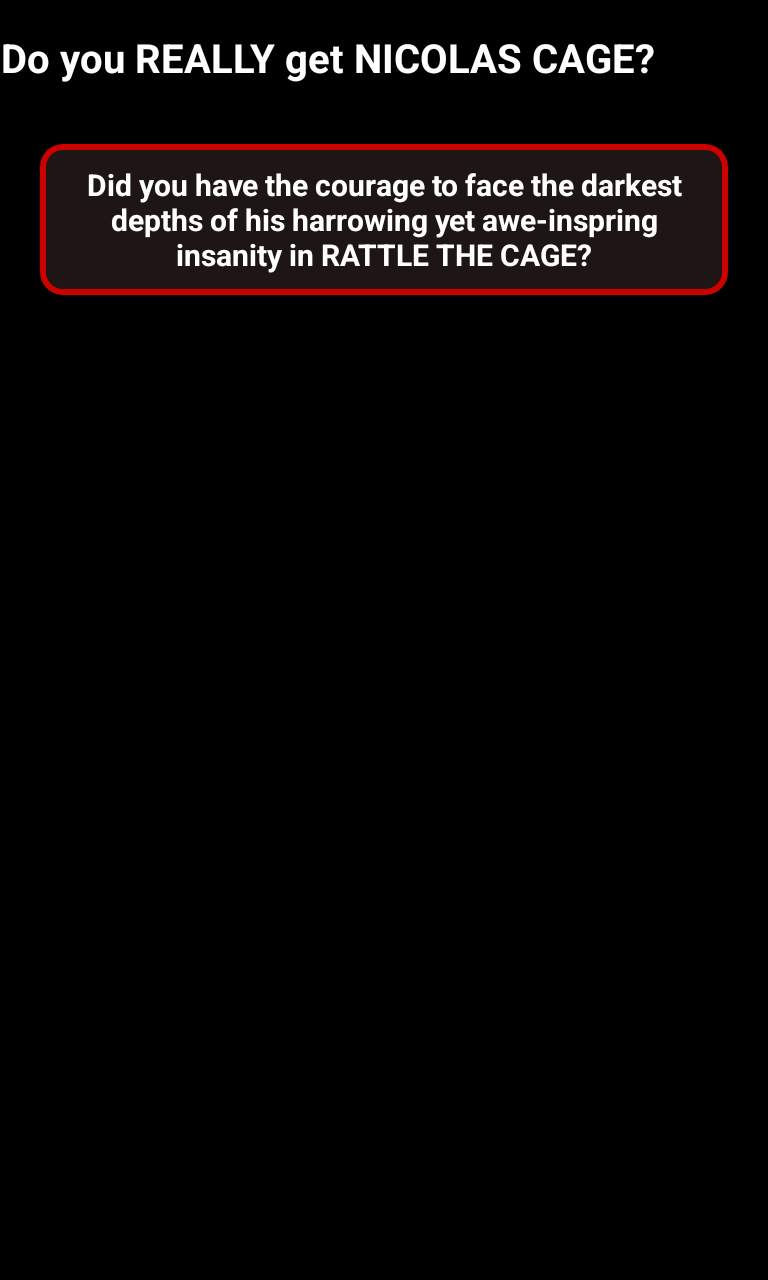
Repository: kylenicola/NicCageMobileApp
Layout: NicolasCageApp/res/layout/activity_score_menu.xml
These files come from the project's save history. The layout is drawn as it stood at one moment and after the next save; the edit follows.
It is drawn on a 768 x 1280 px phone screen (xhdpi) without system bars, with theme AppTheme; the app's code is not run.

Above is the layout before, as saved 2014-12-04 02:34:12.

### NicolasCageApp/res/layout/activity_score_menu.xml
<?xml version="1.0" encoding="utf-8"?>

<LinearLayout xmlns:android="http://schemas.android.com/apk/res/android"
	android:layout_width="match_parent"
	android:layout_height="match_parent"
	android:background="@android:color/background_dark"
	android:orientation="vertical" >

	 <TextView
	     android:id="@+id/scoreMenuTitle"
	     android:layout_width="wrap_content"
	     android:layout_height="wrap_content"
	     android:gravity="center"
	     android:layout_marginTop="15dp"
	     android:text="@string/score_menu_title"
	     android:textSize="20sp"
	     android:textStyle="bold"
	     android:textColor="@android:color/white" />

	 <Button
		android:id="@+id/button_scoreRattleTheCage"
	    android:layout_width="wrap_content"
	    android:layout_height="wrap_content"
	    android:layout_gravity="center"
	    android:layout_marginTop="30dp"
	    android:layout_marginLeft="20dp"
	    android:layout_marginRight="20dp"
	    android:background="@drawable/score_menu_button_style"
	    android:text="@string/rattle_the_cage_score_description"
	    android:textColor="@android:color/white"
	    android:textStyle="bold"
	    android:textSize="15sp"
	    android:radius="10dp"
	    android:OnClick="onClickRattleTheCageScore" />




</LinearLayout>

### NicolasCageApp/res/values/strings.xml
<?xml version="1.0" encoding="utf-8"?>
<resources>

    <string name="app_name">NicolasCageApp</string>
    <string name="hello_world">Hello world!</string>
    <string name="action_settings">Settings</string>
    <string name="title_activity_abcs_with_nic">AbcsWithNic</string>
    <string name="takeQuiz">TAKE THE QUIZ</string>
    <string name="title_activity_settings">Settings</string>
    <string name="slow_down_ABCs">Slow down A, B, C game</string>
    <string name="noSlowDown">NICOLAS CAGE SLOWS DOWN FOR NO MAN</string>
    <string name="score_title">Scores</string>
    <string name="rattle_the_cage_title">Rattle The Cage</string>
    <string name="rattle_the_cage_label">Total Score: </string>
    <string name="title_activity_score_menu">ScoreMenu</string>
    <string name="score_menu_title">Do you REALLY get NICOLAS CAGE?</string>
    <string name="rattle_the_cage_score_description">Did you have the courage to face the darkest depths of his harrowing yet awe-inspring insanity in RATTLE THE CAGE?</string>
    <string name="title_activity_rattle_the_cage_score">RattleTheCageScore</string>

</resources>

### NicolasCageApp/res/drawable/score_menu_button_style.xml
<?xml version="1.0" encoding="utf-8"?>
<shape
    xmlns:android="http://schemas.android.com/apk/res/android"
    android:shape="rectangle">

    <!-- view background color -->
    <solid
        android:color="#1e1615" >
    </solid>

    <!-- view border color and width -->
    <stroke
        android:width="3dp"
        android:color="#cd0000" >
    </stroke>

    <!-- If you want to add some padding -->
    <padding
        android:left="10dp"
        android:top="10dp"
        android:right="10dp"
        android:bottom="10dp"    >
    </padding>

    <!-- Here is the corner radius -->
    <corners
        android:radius="10dp"   >
    </corners>

</shape>

Loaded but not shown: NicolasCageApp/res/values/styles.xml (common file); NicolasCageApp/res/values-v11/styles.xml (common file); NicolasCageApp/res/values-v14/styles.xml (common file)

After the next save:
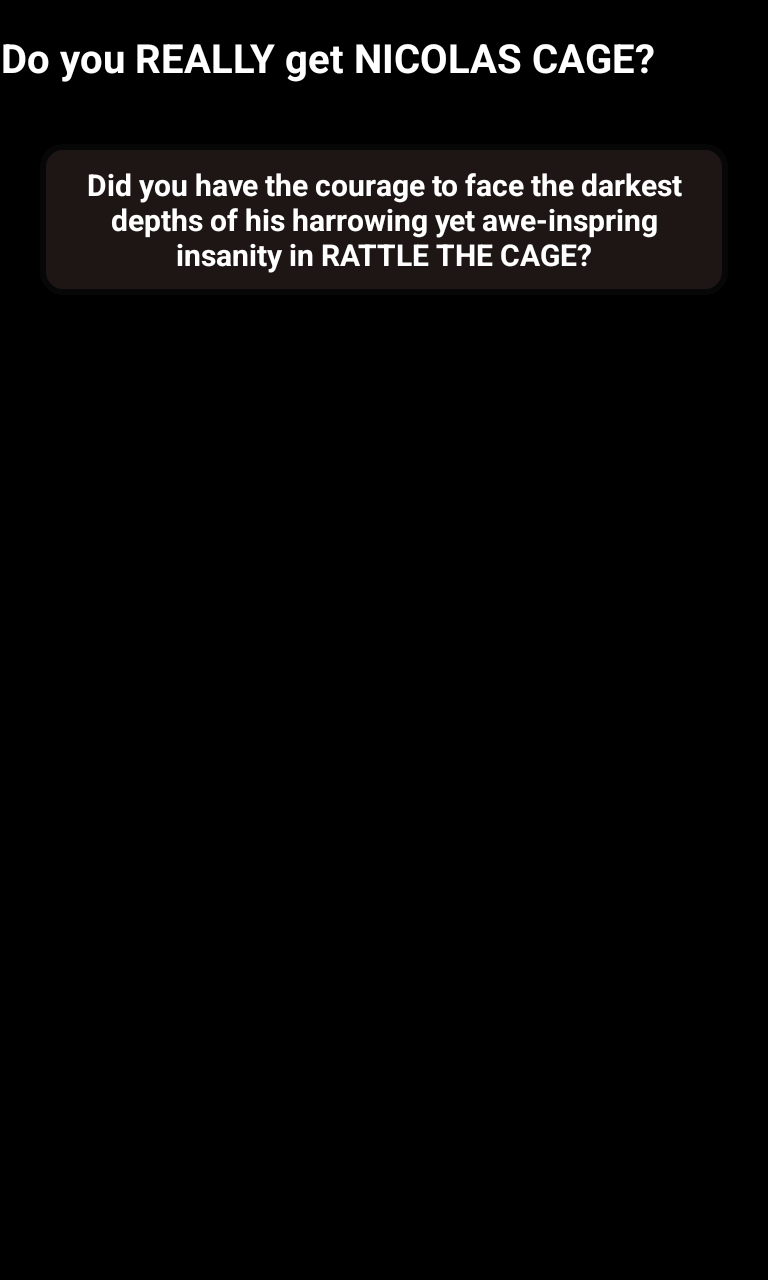
Saved 76 s later.
--- a/NicolasCageApp/res/drawable/score_menu_button_style.xml
+++ b/NicolasCageApp/res/drawable/score_menu_button_style.xml
@@ -11,7 +11,7 @@
     <!-- view border color and width -->
     <stroke
         android:width="3dp"
-        android:color="#cd0000" >
+        android:color="#070707" >
     </stroke>
 
     <!-- If you want to add some padding -->
